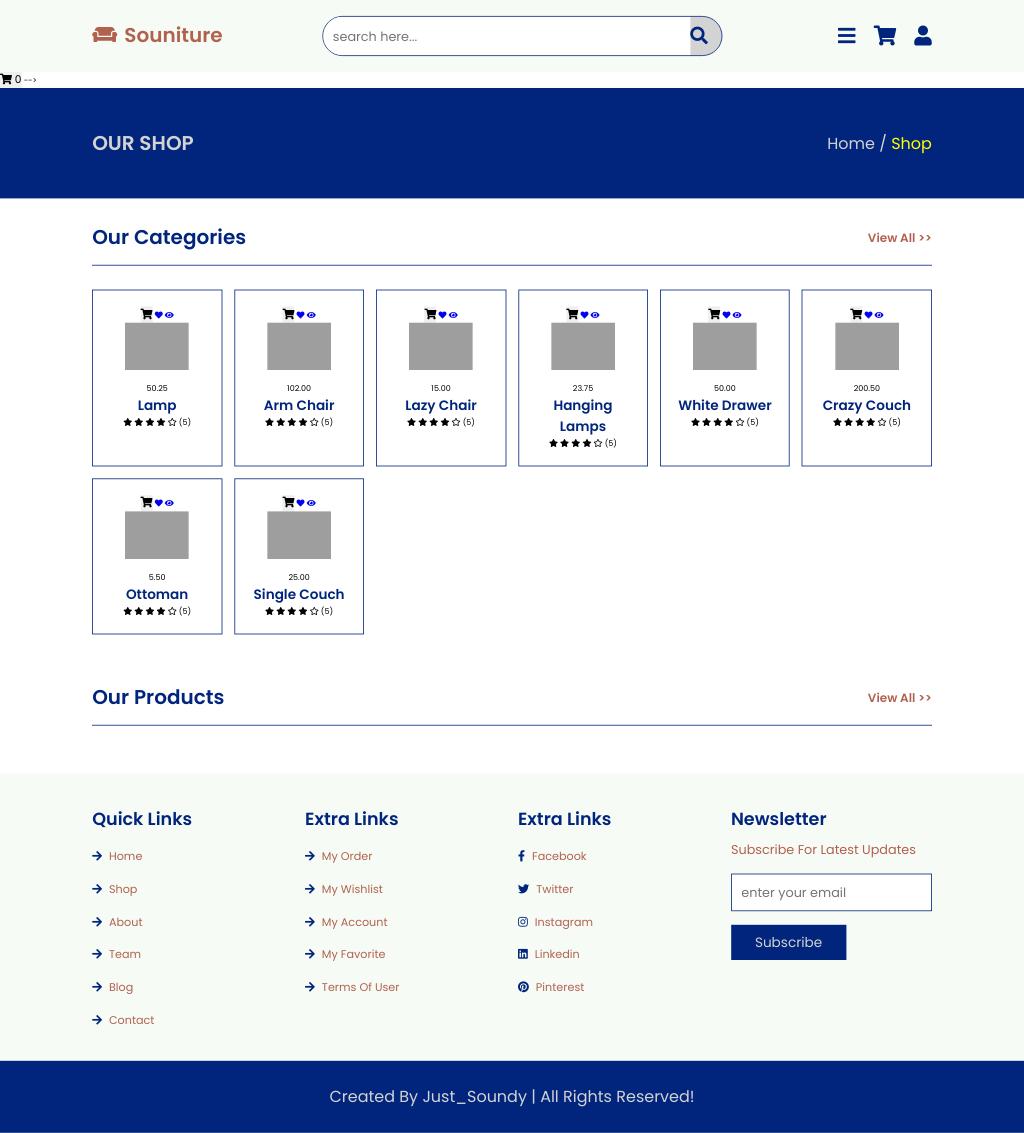
Repository: spencersoundy/furniture-store
Page: shop.html
The author's editor kept a copy of each file at every save. The page is drawn from the files as they stood at one save, then again after a run of saves.
The browser window is 1280 px wide. The pictures show the whole page, at 80% of full size.
Pictures or frames that could not be fetched are drawn as grey boxes.

Above is the page before, as saved 2023-05-02 15:46:42.
Console error: TypeError: Cannot read properties of null (reading 'addEventListener')

After the next 2 saves:
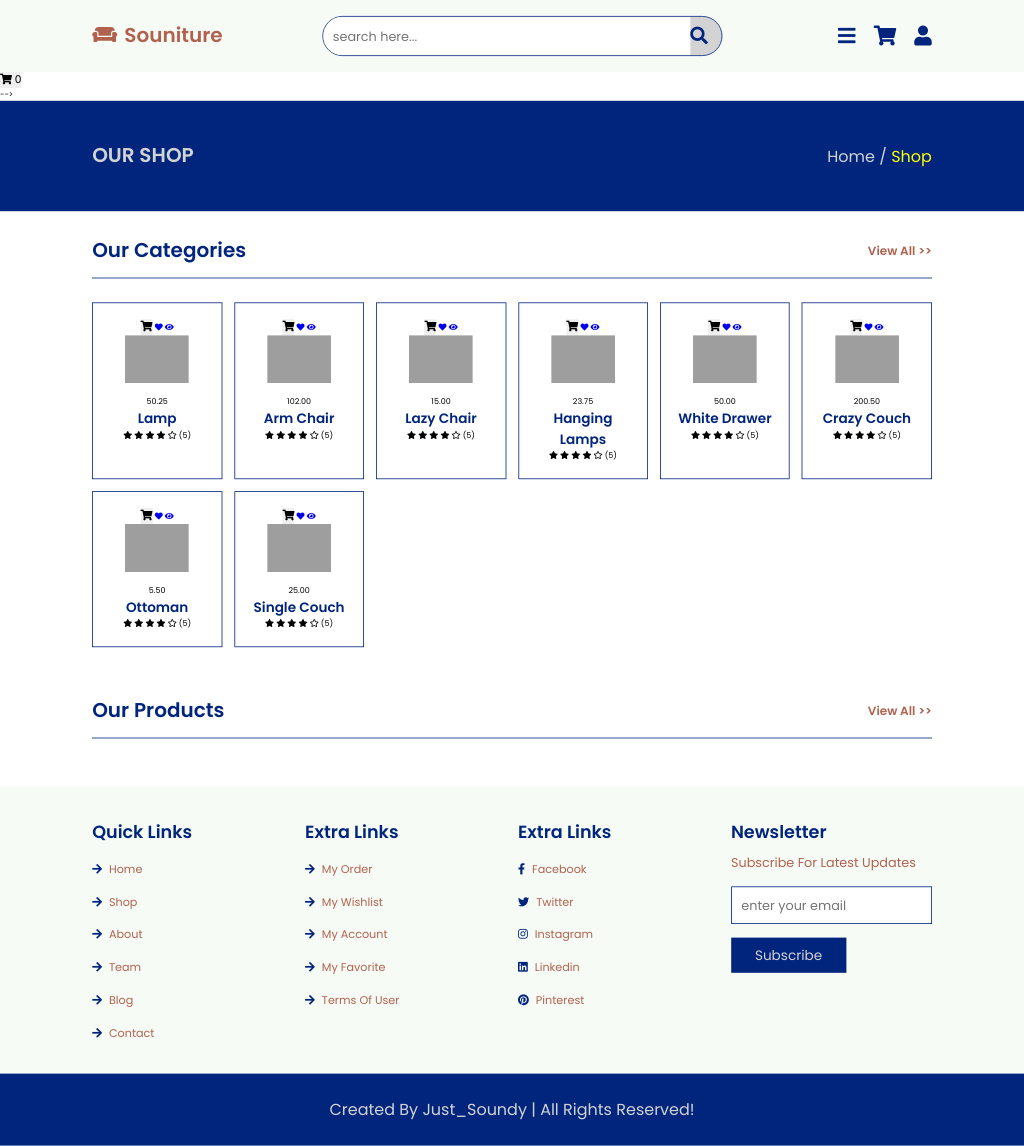
The 2 saves are shown as one change because they came seconds apart.
The last was saved 2 min 49 s later.
--- a/shop.html
+++ b/shop.html
@@ -57,7 +57,7 @@
     <button type = "button" id = "cart-btn">
       <i class = "fas fa-shopping-cart"></i>
       <span id = "cart-count-info"></span>
-    </button>
+    </button></div>
 
 <div class="shopping-cart">
     <div class="cart-list">
